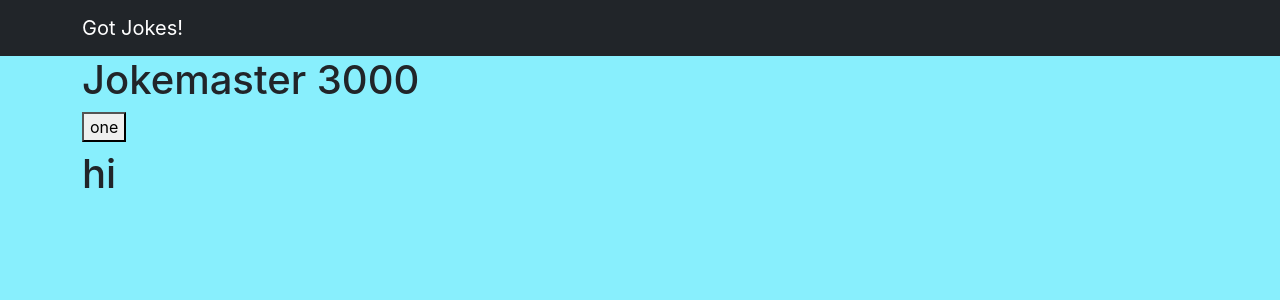
Repository: jontslater/LAB-joke-generator-react
Page: /
These files come from the project's save history. The page is drawn as it stood at one moment and after the next save; the edit follows.
The browser window is 1280 px wide. The pictures show the whole page.
The project was rebuilt for these pictures with package versions that can differ from the ones it lists, and the page was loaded fresh each time. The framework's server and built-in components were replaced by stand-ins that run in the browser. Also part of the build but not shown: next.config.js.

Above is the page before, as saved 2024-01-12 18:21:56.

### pages/_app.js
/* eslint-disable react/prop-types */
import 'bootstrap/dist/css/bootstrap.min.css';
import '../styles/globals.css';
import NavBar from '../components/NavBar';

function MyApp({ Component, pageProps }) {
  return (
    <>
      <NavBar />
      <div className="container">
        <Component {...pageProps} />
      </div>
    </>
  );
}

export default MyApp;

### pages/index.js
import React from 'react';
import Jokes from '../components/Jokes';
import getJoke from '../api/jokeData';

function Home() {
  const counters = ([
    { getJoke },
  ]);
  return (
    <>
      <Jokes jokies={counters} />

    </>
  );
}

export default Home;

### components/NavBar.js
/* eslint-disable jsx-a11y/anchor-is-valid */
import React from 'react';
import Link from 'next/link';
import {
  Navbar, Container, Nav,
} from 'react-bootstrap';

export default function NavBar() {
  return (
    <Navbar collapseOnSelect expand="lg" bg="dark" variant="dark">
      <Container>
        <Link passHref href="/">
          <Navbar.Brand>Got Jokes!</Navbar.Brand>
        </Link>
        <Navbar.Toggle aria-controls="responsive-navbar-nav" />
        <Navbar.Collapse id="responsive-navbar-nav">
          <Nav className="me-auto">
            {/* CLOSE NAVBAR ON LINK SELECTION: https://stackoverflow.com/questions/72813635/collapse-on-select-react-bootstrap-navbar-with-nextjs-not-working */}
            {/* <Link passHref href="/">
              <Nav.Link>Home</Nav.Link>
            </Link> */}
          </Nav>
        </Navbar.Collapse>
      </Container>
    </Navbar>
  );
}

### components/Jokes.js
import { useState } from 'react';

function Jokes() {
  const [jokes, setJokes] = useState([getJokes]);
  const [active, setActive] = useState('FirstCard');

  function getJokes() {
    fetch('https://v2.jokeapi.dev/joke/Programming?safe-mode&type=twopart')
      .then((response) => response.json())
      .then((data) => {
        setJokes(data);
      });
  }

  return (
    <>
      <h1>Jokemaster 3000</h1>
      <nav>
        {active === 'FirstCard' && (
          <button
            type="button"
            title="1"
            onClick={() => setActive('SecondCard')}
          >one
          </button>
        )}
        <h1>{jokes.setup}</h1>
        <h1>hi</h1>
        {active === 'SecondCard' && (
        <button
          type="button"
          title="2"
          onClick={() => setActive('ThirdCard')}
        >two
        </button>
        )}
        <h1>{jokes.delivery}</h1>
        {active === 'ThirdCard' && (
        <button
          type="button"
          title="3"
          onClick={() => setActive('FirstCard')}
        >three
        </button>
        )}
      </nav>
    </>
  );
}

export default Jokes;

### api/jokeData.js
import axios from 'axios';

const endpoint = 'https://v2.jokeapi.dev/joke/Programming?safe-mode&type=twopart';

const getJoke = async () => {
  const jokeCall = await axios.get(endpoint);
  return jokeCall.data;
};
export default getJoke;

Loaded but not shown: styles/globals.css (common file)

After the next save:
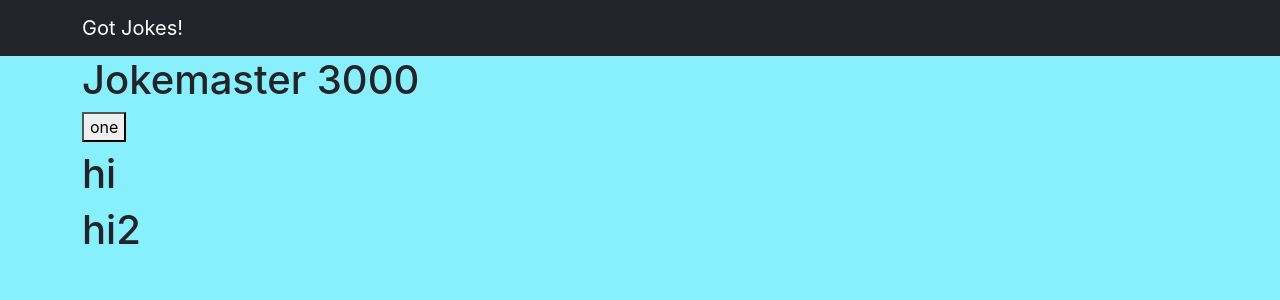
Saved 6 min 57 s later.
--- a/components/Jokes.js
+++ b/components/Jokes.js
@@ -35,6 +35,7 @@ function Jokes() {
         </button>
         )}
         <h1>{jokes.delivery}</h1>
+        <h1>hi2</h1>
         {active === 'ThirdCard' && (
         <button
           type="button"
